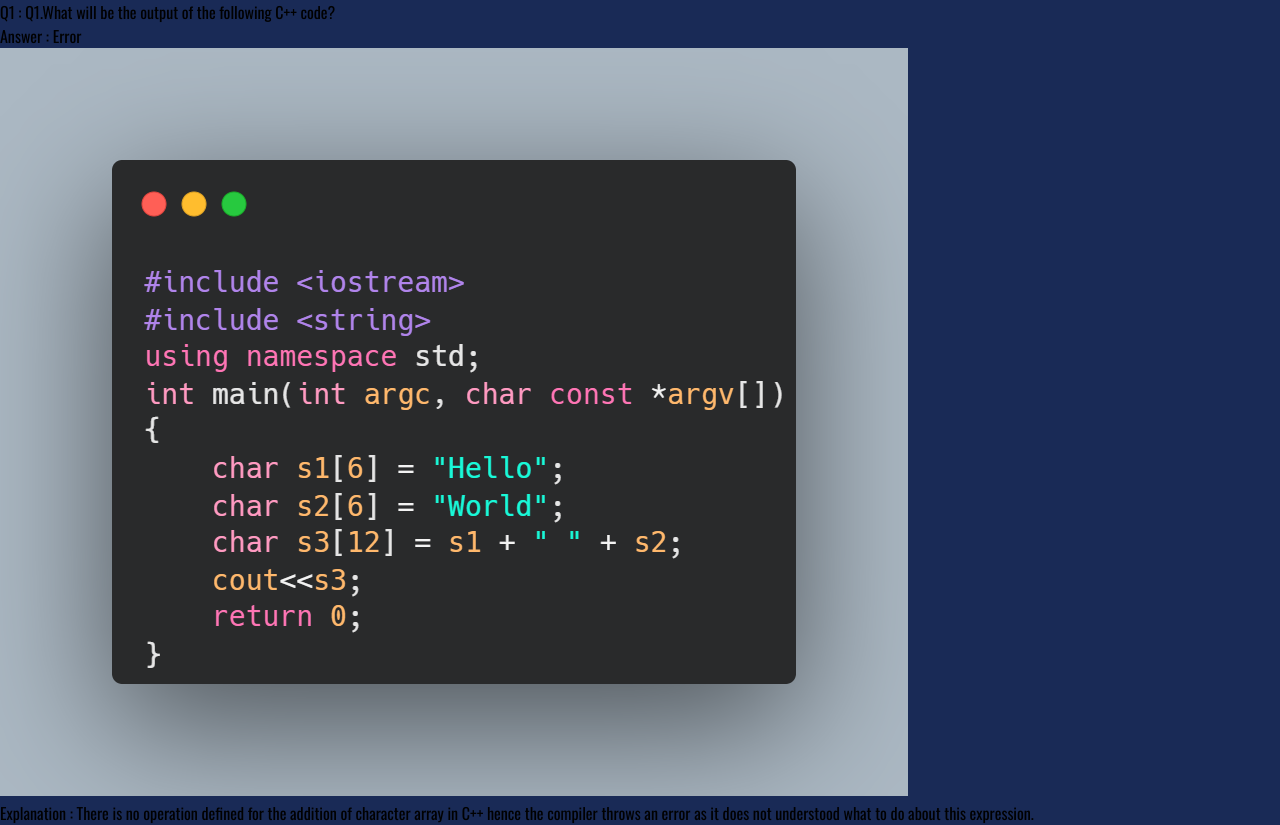
Repository: abdelrahmanahmed20021/Quiz-Platform
Page: info.html
The author's editor kept a copy of each file at every save. The page is drawn from the files as they stood at one save, then again after the next save.
The browser window is 1280 px wide. The pictures show the whole page.

Above is the page before, as saved 2023-01-11 18:07:10.

### info.html
<!DOCTYPE html>
<html lang="en">

    <head>
        <!-- ======== Meta =========== -->
        <meta charset="UTF-8">
        <meta http-equiv="X-UA-Compatible" content="IE=edge">
        <meta name="viewport" content="width=device-width, initial-scale=1.0">
        <title>Question || Platform</title>
        <!-- ======== Links =========== -->
        <link rel="stylesheet" href="./styles/index.css">
        <link rel="stylesheet" href="./styles/responsive.css">
        <!-- ======== Links =========== -->
    </head>
    <body>
       <ul class="info-answers">
         <li>Q1 : Q1.What will be the output of the following C++ code?</li>
         <li>Answer : Error</li>
         <li><img src="../assets/code/1.png" alt=""></li>
         <li>Explanation :  There is no operation defined for the addition of character array in C++ hence the compiler throws an error as it does not understood what to do about this expression.</li>
       </ul>
    </body>
</html>

### styles/index.css
/* ========= Import || Font ||  ========= */
@import url('https://fonts.googleapis.com/css2?family=Oswald:wght@200;300;400;500;600;700&display=swap');
/* ========= Import || Font ||  ========= */




/* ========= Set || Variables ||  ========= */
:root {
    --mainColor: #192a56;
    --primaryColor: #273c75;
    --lightColor: #00a8ff;
    --greenColor: #e1b12c;
    --redColor: #487eb0;
    --mainFont: 'Oswald', sans-serif;
    --mainPadding: 40px;
    --primaryPadding: 20px;
    --mainFontSize: 1.2rem;
    --primaryFontSize: .72rem;
    --mainFontWigth: 500;
    --primaryFontWigth: 700;
}

/* ========= Set || Variables ||  ========= */




/* ========= Golbal || Styles ||  ========= */
*>*,
*::after,
*::before {
    padding: 0;
    margin: 0;
    box-sizing: border-box;
    transition: all .5s ease-in-out;
    user-select: none;
    user-zoom: none;
    -webkit-user-drag: none;
}

body {
    background-color: var(--mainColor);
    font-family: var(--mainFont);
}

.flex {
    display: flex;
    align-items: center;
    justify-content: center;
}

.box {
    height: 50%;
}

.border {
    border: 2px solid var(--lightColor);
    border-radius: 10px;
}

.hover:hover {
    background-color: var(--lightColor) !important;
    color: var(--primaryColor) !important;
}

.hover_min_width:active {
    background-color: var(--lightColor) !important;
    color: var(--primaryColor) !important;
}

::-webkit-scrollbar {
    width: 5px;
}

::-webkit-scrollbar-thumb {
    background-color: var(--greenColor);
    border-radius: 10px;
}

/* ========= Golbal || Styles ||  ========= */



/* ========= Main || ElE || Styles ||  ========= */
body>section {
    display: flex;
    height: 100vh;
    padding: 30px;
}

body>section .container_1 {
    width: 70%;
    height: 100%;
}

body>section .container_2 {
    width: 30%;
    height: 100%;
    overflow: hidden;
}

body>section .container_1 .start_btn {
    height: 35%;
    gap: 30px;
}

/* ========= Main || ElE || Styles ||  ========= */

/* ========= Audio || Styles ||  ========= */

body>section>.audio_cotroll {
    position: relative;
}

body>section>.audio_cotroll img {
    top: 0;
    left: 0;
    cursor: pointer;
    position: absolute;
    width: 0;
    height: 0;
    opacity: 0;
}

body>section>.audio_cotroll .active {
    opacity: 1;
    z-index: 100;
    width: auto;
    height: auto;
}

/* ========= Audio || Styles ||  ========= */


/* ========= Container || One || Styles ||  ========= */
body>section .container_1 .start_btn button {
    padding: var(--primaryPadding);
    width: 200px;
    border: 0;
    outline: 0;
    border-radius: 10px;
    font-size: var(--mainFontSize);
    background-color: var(--primaryColor);
    color: var(--lightColor);
    cursor: pointer;
    font-weight: var(--mainFontWigth);
}
body>section .container_1 .start_btn button:hover{
    background-color: var(--lightColor);
    color: var(--mainColor);
}
body>section .container_1 .quest_content {
    height: 65%;
    padding: var(--mainPadding) var(--primaryPadding);
}

body>section .container_1 .quest_content .quset_cont {
    position: relative;
    height: 50%;
    font-size: var(--mainFontSize);
    color: var(--lightColor);
    background-color: transparent;
    padding: 90px;
}
body > #poper_img{
    background-color: #466bdb46;
    backdrop-filter: blur(10px);
    position: fixed;
    top: 0;
    bottom: 0;
    left: 0;
    right: 0;
    z-index: 1000;
    display: flex;
    justify-content: center;
    align-items: center;
}

@media screen and (max-width:675px){
    body > #poper_img img{
        width: 85%;
    }
}

@media screen and (min-width:676px) and (max-width:976px){
    body > #poper_img img{
        width: 90%;
    }
}
body > #poper_img span{
    position: absolute;
    top: 20px;
    left: 20px;
    font-size: 2rem;
    cursor: pointer;
    font-weight: bold;
    font-family: sans-serif;
    color: #e1b12c;
}
body>section .container_1 .quest_index {
    padding: 2px 10px;
    font-size: 16px;
    color: var(--lightColor);
}

body>section .container_1 .quest_content .answers {
    width: 100%;
    justify-content: center;
    flex-wrap: wrap;
}

body>section .container_1 .quest_content .answers span {
    width: 46%;
    margin: 5px;
    min-height: 40px;
    text-align: center;
    padding: 5px 0;
    cursor: pointer;
    color: var(--lightColor);
}


/* ========= Container || One || Styles ||  ========= */




/* ========= Container || Two || Styles ||  ========= */
body>section .container_2 .quest_index_num {
    justify-content: space-between;
    flex-direction: column-reverse;
    min-height: 68%;
    max-height: 68%;
    padding-bottom: 400px;
    margin-bottom: 30px;
    overflow: auto;
}


body>section .container_2 .quest_index_num p {
    display: block;
    width: 100%;
    text-align: center;
    color: var(--primaryColor);
}

body>section .container_2 .quest_index_num .correct_answer {
    background-color: transparent !important;
    color: var(--greenColor) !important;
}

body>section .container_2 .quest_index_num .falsey_answer {
    background-color: transparent !important;
    color: var(--primaryColor) !important;
}

body>section .container_2 .icons_helper {
    justify-content: space-evenly;
    height: 20%;
}

body>section .container_2 .icons_helper .remove_2 {
    width: 80px;
    height: 80px;
    cursor: pointer;
    color: var(--lightColor);
}

body>section .container_2 .icons_helper .google {
    cursor: pointer;
    width: 80px;
    height: 80px;
}

/* ========= Container || Two || Styles ||  ========= */

/* ========= Actives || Class || Styles ||  ========= */
.active_point_quest {
    color: var(--lightColor) !important;
    font-weight: var(--primaryFontWigth);
    font-size: var(--mainFontSize);
}

.falsey_answer {
    background-color: var(--redColor) !important;
    color: var(--lightColor) !important;
}
.falsey_answer_p{
    color: red !important;
}
.correct_answer {
    background-color: var(--greenColor) !important;
    color: var(--lightColor) !important;
}

.hidde_animate_btn {
    transform: scale(0);
    width: 0;
}
.poper_appender{
    color: #00a8ff;
}
.hide_poper{
    display: none !important;
}
.description_hidde{
    display: none;
}
/* ========= Actives || Class || Styles ||  ========= */

### styles/responsive.css
/* ===========  Tablets || Sizes  =============== */
/* =============== Sm ================ */
@media screen and (min-width:360px) and (max-width:960px) {
    :root {
        --mainPadding: 20px;
        --primaryPadding: 10px;
        --mainFontSize: 1rem;
        --mainFontWigth: 400;
        --primaryFontWigth: 500;
    }

    body>section {
        flex-direction: column;
        padding: 20px 10px;
    }

    body>section .container_1 {
        width: 100%;
        height: 70%;

    }

    body>section .container_1 .start_btn {
        height: 20%;
    }

    body>section .container_2 {
        width: 100%;
        height: 30%;
    }

    body>section .container_2 .quest_index_num {
        min-height: 58%;
        max-height: 58%;
        padding-bottom: 0;
        padding-left: 400px;
    }

    body>section .container_2 .icons_helper {
        justify-content: space-between;
    }

    body>section .container_1 .quest_content .quset_cont {
        padding: 40px;
    }

    body>section .container_1 .quest_content .answers span {
        font-size: var(--primaryFontSize);
        font-weight: var(--primaryFontWigth);
    }

    body>section .container_2 .icons_helper .remove_2 {
        width: 60px;
        height: 60px;
    }

    body>section .container_2 .icons_helper .google {
        width: 60px;
        height: 60px;
    }

}

/* =============== Sm ================ */
/* ===========  Tablets || Sizes  =============== */

After the next save:
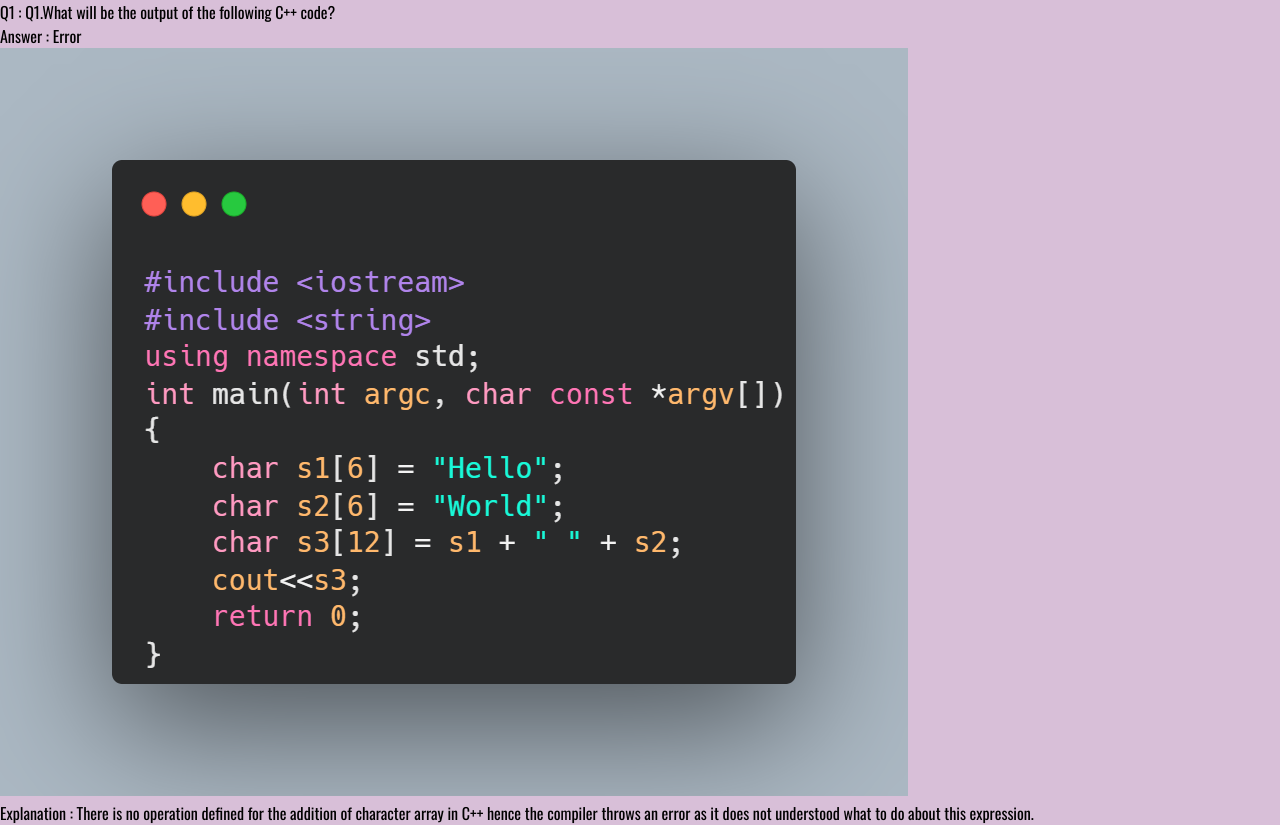
Saved 19 s later.
--- a/info.html
+++ b/info.html
@@ -10,6 +10,11 @@
         <!-- ======== Links =========== -->
         <link rel="stylesheet" href="./styles/index.css">
         <link rel="stylesheet" href="./styles/responsive.css">
+        <style>
+            .info-answers{
+                background-color: thistle;
+            }
+        </style>
         <!-- ======== Links =========== -->
     </head>
     <body>
